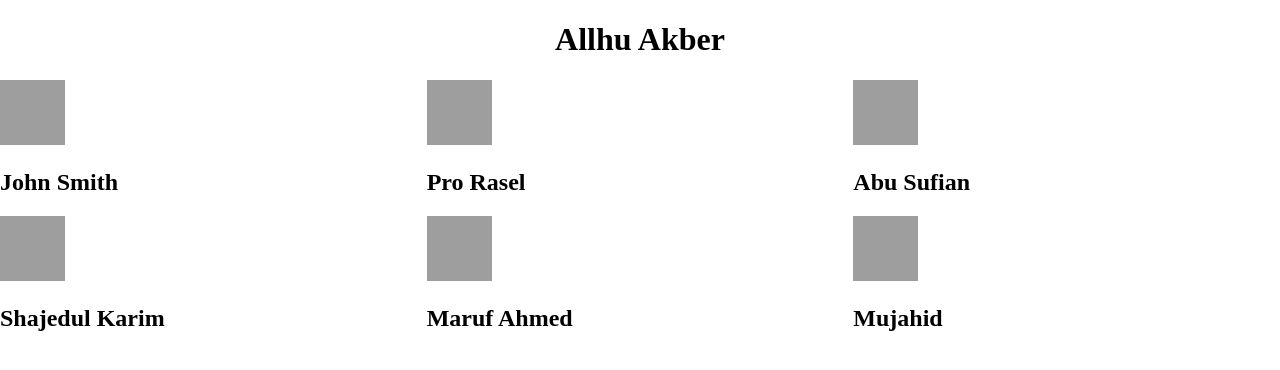
Repository: zjria/leader-board
Page: index.html
An editor plug-in stored every save of this project. The page is shown before and after the next save, followed by the edit.
The browser window is 1280 px wide. The pictures show the whole page.
Pictures or frames that could not be fetched are drawn as grey boxes.

Above is the page before, as saved 2022-09-03 08:13:56.

After the next save:
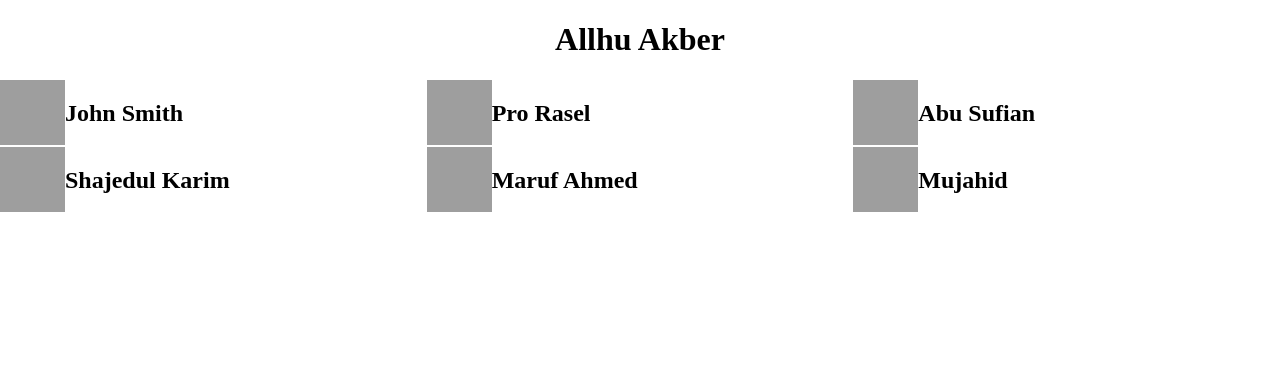
Saved 3 min 45 s later.
--- a/style/style.css
+++ b/style/style.css
@@ -14,6 +14,10 @@ h1 {
     grid-template-columns: repeat(3, 1fr);
 }
 
+.player {
+    display: flex;
+}
+
 .player img {
     width: 65px;
     height: 65px;
